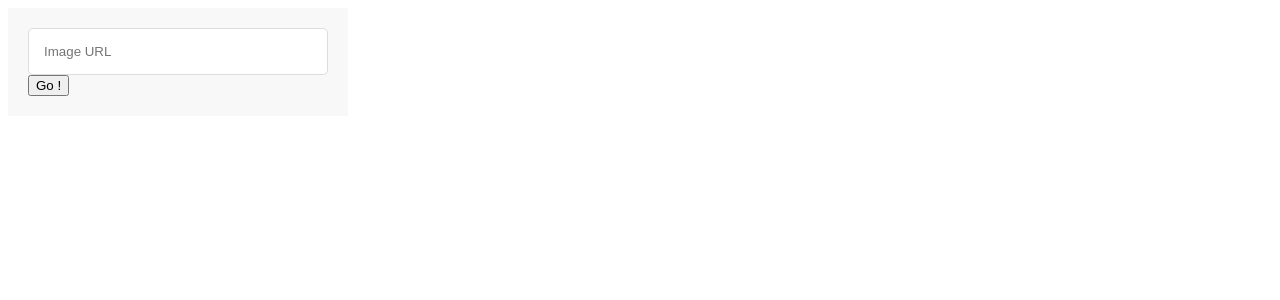
Repository: MascarenhasLF/extension-images
Page: index.html
These files come from the project's save history. The page is drawn as it stood at one moment and after the next save; the edit follows.
The browser window is 1280 px wide. The pictures show the whole page.

Above is the page before, as saved 2022-08-04 10:11:01.

### index.html
<!DOCTYPE html>
<html lang="en">
<head>
    <meta charset="UTF-8">
    <link rel="stylesheet" href="style.css">
</head>
<body>

    <form>
        <input type="text" class="input" placeholder="Image URL">
        <button class="button">Go !</button>
    </form>
</body>
</html>

### style.css
form {
    background-color: #f8f8f8;
    width: 300px;
    display: flex;
    flex-wrap: wrap;
    padding: 20px;
}

.input {
    width: 100%;
    padding: 15px;
    outline: none;
    border-radius: 5px;
    border: 1px solid #ddd;
}

.button {
    width: 100;
}

After the next save:
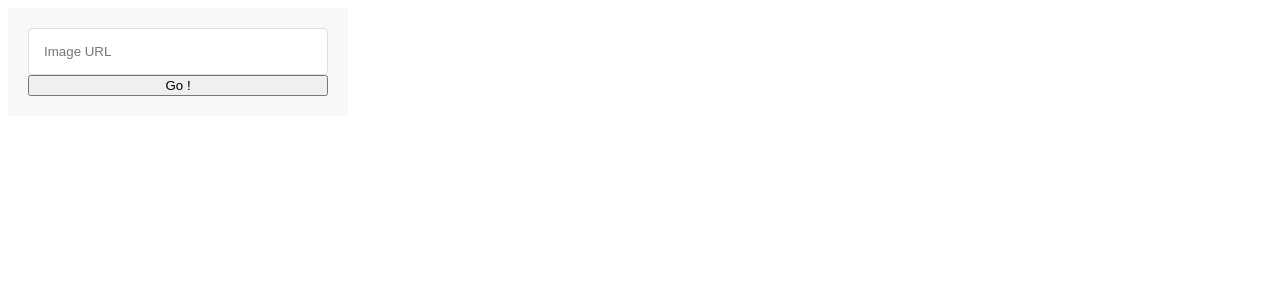
Saved 6 s later.
--- a/style.css
+++ b/style.css
@@ -15,5 +15,6 @@ form {
 }
 
 .button {
-    width: 100;
+    width: 100%;
+    padding: ;
 }
